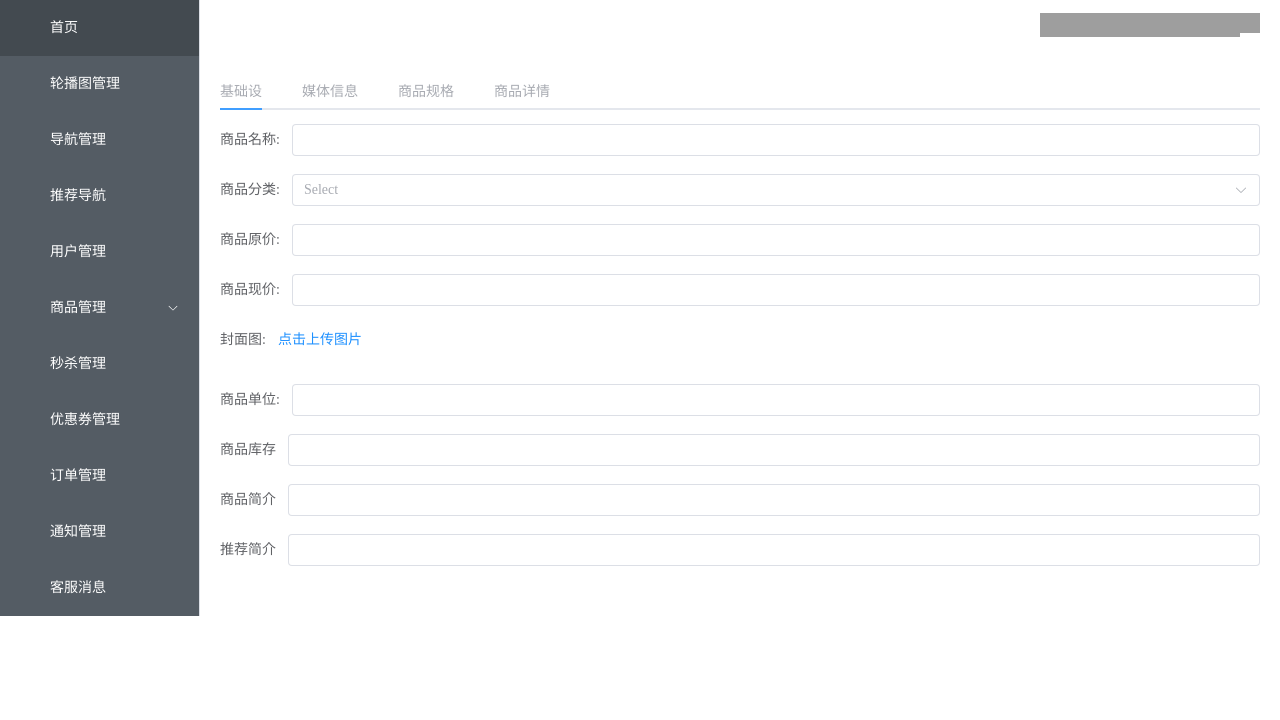
Repository: xinwuhao/CCG
Page: /addgoods
These files come from the project's save history. The page is drawn as it stood at one moment and after the next save; the edit follows.
The browser window is 1280 px wide. The pictures show the whole page.
Pictures or frames that could not be fetched are drawn as grey boxes. The page's requests for data from a server got no answer. The project was rebuilt for these pictures with package versions that can differ from the ones it lists, and the page was loaded fresh each time. No one was signed in, and anything a server would have sent is missing. Also part of the build but not shown: vite.config.ts.

Above is the page before, as saved 2021-09-24 13:48:08.

### src/main.ts
import { createApp } from 'vue'
import App from "./App.vue";
import router from "./router"
import ElementPlus from 'element-plus'
import 'element-plus/dist/index.css'
import * as Icons from '@element-plus/icons'
import { toLine } from './utils/index'

const app = createApp(App)

for (let i in Icons) {
    app.component(`el-icon${toLine(i)}`, (Icons as any)[i])
}

app.use(router)
app.use(ElementPlus)
app.mount('#app')

### src/App.vue
<template>
  <div>
    <router-view></router-view>
  </div>
</template>

<script setup lang="ts">
</script>

<style lang='scss'>
@import "./scssbox.scss";
</style>

### src/router/index.ts
import { createRouter, createWebHistory, RouteRecordRaw } from 'vue-router'
// import Home from '../views/homepage/homepage.vue'
import Layout from '../views/layout/Layout.vue'

const routes: Array<RouteRecordRaw> = [
  {
    path: '/login',
    name: 'Logon',
    component: () => import('../views/login/Login.vue'),
    meta: {
      title: '登录'
    }
  },
  {
    path: '/',
    component: Layout,
    // 子路由: children
    children: [
      {
        path: '/',
        name: '/',
        component: () => import('../views/homepage/homepage.vue'),
        meta: {
          title: '首页',
          meta: '/homepage'
        }
      },
      {
        path: '/discount',
        name: 'discount',
        component: () => import('../views/discount/discount.vue'),
        meta: {
          title: '优惠券管理',
          meta: '/discount'
        }
      },
      {
        path: '/navigation',
        name: 'navigation',
        component: () => import('../views/navigation/navigation.vue'),
        meta: {
          title: '导航管理',
          meta: '/navigation'
        }
      },
      {
        path: '/swiper',
        name: 'swiper',
        component: () => import('../views/swiper/swiper.vue'),
        meta: {
          title: '轮播图管理',
          meta: '/swiper'
        }
      },
      {
        path: '/recommend',
        name: 'recommend',
        component: () => import('../views/recommend/recommend.vue'),
        meta: {
          title: '推荐导航',
          meta: '/recommend'
        }
      },
      {
        path: '/user',
        name: 'user',
        component: () => import('../views/user/user.vue'),
        meta: {
          title: '用户管理',
          meta: '/user'
        }
      },
      {
        path: '/addgoods',
        name: 'addgoods',
        component: () => import('../views/goods/addgoods.vue'),
        meta: {
          title: '添加商品',
          meta: '/addgoods'
        }
      },
      {
        path: '/sortgoods',
        name: 'sortgoods',
        component: () => import('../views/goods/sortgoods.vue'),
        meta: {
          title: '商品分类',
          meta: '/sortgoods'
        }
      },
      {
        path: '/modelgoods',
        name: 'modelgoods',
        component: () => import('../views/goods/modelgoods.vue'),
        meta: {
          title: '商品模型',
          meta: '/modelgoods'
        }
      },
      {
        path: '/specsgoods',
        name: 'specsgoods',
        component: () => import('../views/goods/specsgoods.vue'),
        meta: {
          title: '商品规格',
          meta: '/specsgoods'
        }
      },
      {
        path: '/parametergoods',
        name: 'parametergoods',
        component: () => import('../views/goods/parametergoods.vue'),
        meta: {
          title: '商品参数',
          meta: '/parametergoods'
        }
      },
      {
        path: '/specifications',
        name: 'specifications',
        component: () => import('../views/goods/specifications.vue'),
        meta: {
          title: '规格参数',
          meta: '/specifications'
        }
      },
      {
        path: '/seckill',
        name: 'seckill',
        component: () => import('../views/seckill/seckill.vue'),
        meta: {
          title: '秒杀管理',
          meta: '/seckill'
        }
      },
      {
        path: '/order',
        name: 'order',
        component: () => import('../views/order/order.vue'),
        meta: {
          title: '订单管理',
          meta: '/order'
        }
      },
      {
        path: '/notice',
        name: 'notice',
        component: () => import('../views/notice/notice.vue'),
        meta: {
          title: '通知管理',
          meta: '/notice'
        }
      },
      {
        path: '/news',
        name: 'news',
        component: () => import('../views/news/news.vue'),
        meta: {
          title: '客服消息',
          meta: '/news'
        }
      },
    ]
  }
]

const router = createRouter({
  history: createWebHistory(),
  routes
})

router.beforeEach((to, from, next) => {
  document.title = to.meta.title as string
  next()
})

export default router

### src/utils/index.ts
export const toLine = (str: string) => {
  return str.replace(/([A-Z])/g, "-$1").toLowerCase()
}

### src/scssbox.scss
* {
    margin: 0;
    padding: 0;
}

html,
body,
#app,
.el-container,
.el-menu {
    height: 100%;
}

### src/views/layout/Layout.vue
<template>
  <el-container>
    <el-aside width="auto">
      <nav-left :isCollapse='isCollapse'></nav-left>
    </el-aside>
    <el-container>
     <el-header>
        <nav-header v-model:isCollapse='isCollapse'></nav-header>
     </el-header>
      <el-main>
        <router-view></router-view>
      </el-main>
    </el-container>
  </el-container>
</template>

<script setup lang="ts">
import { ref, reactive } from 'vue'
import NavHeader from  '../../components/navHeader/NavHeader.vue'
import NavLeft from  '../../components/navLeft/NavLeft.vue'

interface Data {
  name: string,
  age: number
}

let isCollapse = ref<boolean>(false)
let data = reactive<Data>({
  name: 'jack',
  age: 20
})
</script>

<style scoped lang="scss">
.el-header {
  height: 50px;
  padding: 0;
}
</style>

### src/views/goods/addgoods.vue
<template>
  <div>
    <div v-if="judge == 0">
      <div class="searchBox">
        <el-input
          placeholder="请输入内容"
          v-model="input"
          clearable
          class="inputBox"
        >
        </el-input>
        <el-button icon="el-icon-search" @click="obtain"></el-button>
        <el-button type="primary" @click="ON">添加商品</el-button>
      </div>
      <!-- 表格 -->
      <div style="margin-top: 20px">
        <el-table :data="tableData" border style="width: 100%">
          <el-table-column label="#" type="index" width="50"> </el-table-column>
          <el-table-column prop="content" label="商品名称"> </el-table-column>
          <el-table-column prop="content" label="商品原价"> </el-table-column>
          <el-table-column prop="content" label="商品现价"> </el-table-column>
          <el-table-column prop="content" label="商品库存"> </el-table-column>
          <el-table-column label="是否新品">
            <template #default="scope">
              <div>
                {{ scope.row.isShow == true ? "是" : "否" }}
              </div>
            </template>
          </el-table-column>
          <el-table-column label="是否热卖">
            <template #default="scope">
              <div>
                {{ scope.row.isShow == true ? "是" : "否" }}
              </div>
            </template>
          </el-table-column>
          <el-table-column label="是否推荐">
            <template #default="scope">
              <div>
                {{ scope.row.isShow == true ? "是" : "否" }}
              </div>
            </template>
          </el-table-column>
          <el-table-column fixed="right" label="上下架">
            <template #default="scope">
              <el-switch
                v-model="scope.row.isShow"
                active-color="#1E90FF"
                inactive-color="#ff4949"
                @change="chen(scope.row)"
              >
              </el-switch>
            </template>
          </el-table-column>
          <el-table-column fixed="right" label="操作">
            <template #default="scope">
              <el-button @click="reduce(scope.row)" type="text" size="small"
                >删除</el-button
              >
              <el-button type="text" size="small" @click="alter(scope.row)"
                >编辑</el-button
              >
            </template>
          </el-table-column>
        </el-table>
      </div>
    </div>

    <!-- 添加商品弹出层 -->
    <div v-if="judge !== 0">
      <el-tabs v-model="judge">
        <el-tab-pane label="基础设" name="1" disabled>
          <el-form :model="swiper" ref="ruleForm" class="demo-ruleForm">
            <el-form-item label="商品名称:" prop="title">
              <el-input v-model="swiper.title" class="inpud"></el-input>
            </el-form-item>
            <el-form-item label="商品分类:" prop="parentId">
              <el-select
                v-model="swiper.parentId"
                placeholder="Select"
                style="width: 100%"
              >
                <el-option-group
                  v-for="group in options"
                  :key="group.name"
                  :label="group.name"
                >
                  <el-option
                    v-for="item in group.list"
                    :key="item.name"
                    :label="item.name"
                    :value="item._id"
                  >
                  </el-option>
                </el-option-group>
              </el-select>
            </el-form-item>
               <el-form-item label="商品原价:" prop="title">
              <el-input v-model="swiper.title" class="inpud"></el-input>
            </el-form-item>
               <el-form-item label="商品现价:" prop="title">
              <el-input v-model="swiper.title" class="inpud"></el-input>
            </el-form-item>
            <el-form-item label="封面图:" prop="img">
              <el-upload
                class="upload-demo"
                action="http://localhost:1001/admin/upload"
                :headers="abc"
                :on-success="upimg"
                list-type="picture"
                :file-list="fileList"
              >
                <div class="blueFont">点击上传图片</div>
              </el-upload>
            </el-form-item>
            <el-form-item label="商品单位:" prop="title">
              <el-input v-model="swiper.title" class="inpud"></el-input>
            </el-form-item>
            <el-form-item label="商品库存" prop="path">
              <el-input v-model="swiper.path" class="inpud"></el-input>
            </el-form-item>
             <el-form-item label="商品简介" prop="path">
              <el-input v-model="swiper.path" class="inpud"></el-input>
            </el-form-item>
             <el-form-item label="推荐简介" prop="path">
              <el-input v-model="swiper.path" class="inpud"></el-input>
            </el-form-item>

          </el-form>
        </el-tab-pane>





        <el-tab-pane label="媒体信息" name="2" disabled>Config</el-tab-pane>
        <el-tab-pane label="商品规格" name="3" disabled>Role</el-tab-pane>
        <el-tab-pane label="商品详情" name="4" disabled>Task</el-tab-pane>
      </el-tabs>
    </div>
  </div>
</template>

<script setup lang="ts">
import { ref, onMounted } from "vue";
import api from "../../http/aip";
import { ElMessage } from "element-plus";

// 输入框
let input = ref<any>("");
//切换层
let judge = ref<string>("1");
//上传图片token
let abc = { Authorization: localStorage.getItem("token") };
//接受图片路径
let fileList = ref<any>([]);
// 下拉
let options = ref<any>([]);
//表格数据
let tableData = ref<any>([]);
//表单
let swiper = ref<any>({
  content: "",
});
//添加按钮
let ON = () => {
  judge.value = "1";
};
//上传图片请求成功
let upimg = (file: any) => {
  swiper.value.img = file.data;
};
// 获取分类
let sort = () => {
  api
    .getCategory("")
    .then((res: any) => {
      if (res.code == 200) {
        options.value = res.data;
      }
    })
    .catch((err: any) => {
      console.log(err);
    });
};
//删除
let reduce = (e: any) => {
  api
    .delNotice(e._id)
    .then((res: any) => {
      if (res.code == 200) {
        ElMessage.success({
          message: `${res.msg}`,
          type: "success",
        });
        obtain();
      } else ElMessage.error(`${res.msg}`);
    })
    .catch((err: any) => {
      console.log(err);
    });
};
//显示
let chen = (e: any) => {
  api
    .showNotice({
      id: e._id,
      isShow: e.isShow,
    })
    .then((res: any) => {
      if (res.code == 200) {
        ElMessage.success({
          message: `${res.msg}`,
          type: "success",
        });
        obtain();
      } else ElMessage.error(`${res.msg}`);
    })
    .catch((err: any) => {
      console.log(err);
    });
};
let current = ref<number>(1);
let pageSize = ref<number>(10);
//获取数据
let obtain = () => {
  api
    .getNotice({
      current: current.value,
      pageSize: pageSize.value,
      query: input.value,
    })
    .then((res: any) => {
      if (res.code == 200) {
        tableData.value = res.data;
      }
    })
    .catch((err: any) => {
      console.log(err);
    });
};
onMounted(() => {
  obtain();
  sort();
});
</script>

<style scoped>
.searchBox {
  display: flex;
}
.inputBox {
  width: 300px;
}
.blueFont {
  color: #1e90ff;
}
.imgBox {
  width: 100px;
  height: 100px;
}
</style>

### src/components/navHeader/NavHeader.vue
<template>
  <div class="header">
    <div @click="toggle" class="cent">
      <el-icon-expand v-if="isCollapse"></el-icon-expand>
      <el-icon-fold v-else></el-icon-fold>
      <div class="cenn">
        <iframe
          width="200"
          height="24"
          frameborder="0"
          scrolling="no"
          hspace="0"
          src="https://i.tianqi.com/?c=code&id=11"
        ></iframe>
        <div>
          <img
            src="https://img0.baidu.com/it/u=3730772664,138405132&fm=26&fmt=auto"
            class="img"
          />
        </div>
      </div>
    </div>
  </div>
</template>

<script lang='ts' setup>
import { ref } from "vue";
import { Fold, Expand } from "@element-plus/icons";

let props = defineProps({
  isCollapse: {
    type: Boolean,
    default: false,
  },
});
let emits = defineEmits(["update:isCollapse"]);
let toggle = () => {
  emits("update:isCollapse", !props.isCollapse);
};
</script>

<style lang='scss' scoped>
svg {
  width: 20px;
  height: 20px;
}
.header {
  height: 50px;
  display: flex;
  align-items: center;
  padding: 0 20px;
}
.cent {
  display: flex;
  width: 100%;
}
.cenn {
  display: flex;
  justify-content: flex-end;
  width: 100%;
}
.img {
  width: 20px;
  height: 20px;
}
</style>

### src/components/navLeft/NavLeft.vue
<template>
  <el-menu
    :uniqueOpened="true"
    default-active="1"
    class="el-menu"
    background-color="#545c64"
    text-color="#fff"
    active-text-color="#ffd04b"
    :collapse="isCollapse"
    :router="true"
  >
    <template v-for="(item, index) in arr" :key="index">
      <el-menu-item :index="item.path" v-if="item.name !== '商品管理'">
        <component :is="item.i" class="iconbox"></component>
        <template #title>{{ item.name }}</template>
      </el-menu-item>
      <el-sub-menu :index="item.path" v-else>
        <template #title>
          <component :is="item.i" class="iconbox"></component>
          <span>{{ item.name }}</span>
        </template>
        <template v-for="(item1, index1) in arr1" :key="index1">
          <el-menu-item :index="item1.path">
            <component :is="item1.i" class="iconbox"></component>
            <span> {{ item1.name }}</span>
          </el-menu-item>
        </template>
      </el-sub-menu>
    </template>
  </el-menu>
</template>

<script lang='ts' setup>
import { ref } from "vue";
let arr = ref<any>([
  { name: "首页", i: "el-icon-house", path: "/" },
  { name: "轮播图管理", i: "el-icon-help", path: "/swiper" },
  { name: "导航管理", i: "el-icon-data-line", path: "/navigation" },
  { name: "推荐导航", i: "el-icon-document-copy", path: "/recommend" },
  { name: "用户管理", i: "el-icon-user", path: "/user" },
  { name: "商品管理", i: "el-icon-paperclip", path: "" },
  { name: "秒杀管理", i: "el-icon-reading", path: "/seckill" },
  { name: "优惠券管理", i: "el-icon-coin", path: "/discount" },
  { name: "订单管理", i: "el-icon-set-up", path: "/order" },
  { name: "通知管理", i: "el-icon-microphone", path: "/notice" },
  { name: "客服消息", i: "el-icon-chat-line-round", path: "/news" },
]);
let arr1 = ref<any>([
  { name: "添加商品", i: "el-icon-document-add", path: "/addgoods" },
  { name: "商品分类", i: "el-icon-tickets", path: "/sortgoods" },
  { name: "商品模型", i: "el-icon-set-up", path: "/modelgoods" },
  { name: "商品规格", i: "el-icon-position", path: "/specsgoods" },
  { name: "商品参数", i: "el-icon-cpu", path: "/parametergoods" },
  { name: "规格参数", i: "el-icon-takeaway-box", path: "/specifications" },
]);
let props = defineProps({
  isCollapse: {
    type: Boolean,
    default: false,
  },
});
</script>

<style lang='scss' scoped>
.el-menu:not(.el-menu--collapse) {
  width: 200px;
}
.iconbox {
  width: 20px;
  height: 20px;
  margin-right: 10px;
}
</style>

### src/http/index.ts
import axios, { AxiosError, AxiosRequestConfig, AxiosResponse } from 'axios'


const http = axios.create({
   baseURL: 'http://localhost:1001',
   timeout: 10000
})


http.interceptors.request.use((config: AxiosRequestConfig) => {
   let token = localStorage.getItem('token')
   if (token) {
      config.headers['Authorization'] = token
   }
   return config
}, (err: AxiosError) => {
   return Promise.reject(err)
})


http.interceptors.response.use((res: any) => {
   return res.data
}, (err: AxiosError) => {
   let status: number = err.response! && err.response!.status
   if (status === 401) {

   }
   if (status === 400) {

   }
   if (status === 403) {

   }
   if (status === 404) {

   }
   if (status === 500) {

   }
   if (status === 503) {

   }
   return Promise.reject(err)
})


export default http

Loaded but not shown: index.html (common file); src/http/aip.ts (485 lines, source omitted)

After the next save:
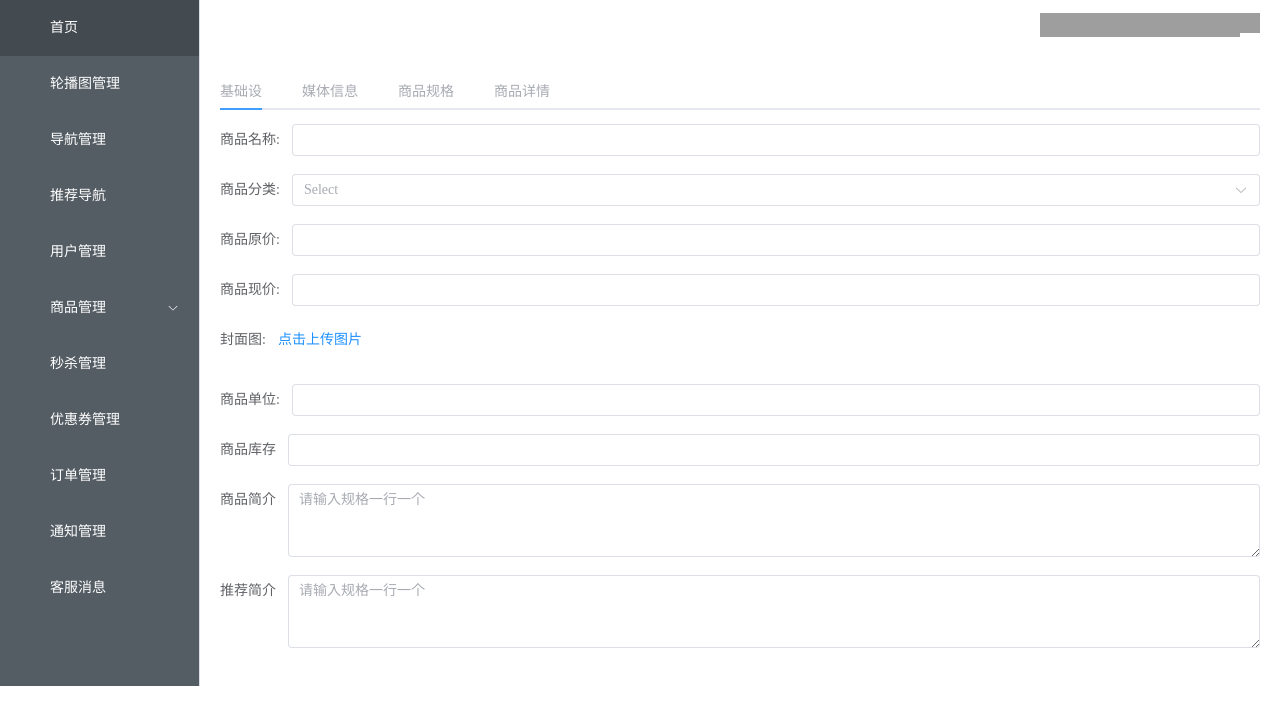
Saved 40 s later.
--- a/src/views/goods/addgoods.vue
+++ b/src/views/goods/addgoods.vue
@@ -120,10 +120,20 @@
               <el-input v-model="swiper.path" class="inpud"></el-input>
             </el-form-item>
              <el-form-item label="商品简介" prop="path">
-              <el-input v-model="swiper.path" class="inpud"></el-input>
+                <el-input
+              v-model="swiper.spec_item"
+              :rows="3"
+              type="textarea"
+              placeholder="请输入规格一行一个"
+            />
             </el-form-item>
              <el-form-item label="推荐简介" prop="path">
-              <el-input v-model="swiper.path" class="inpud"></el-input>
+               <el-input
+              v-model="swiper.spec_item"
+              :rows="3"
+              type="textarea"
+              placeholder="请输入规格一行一个"
+            />
             </el-form-item>
 
           </el-form>
